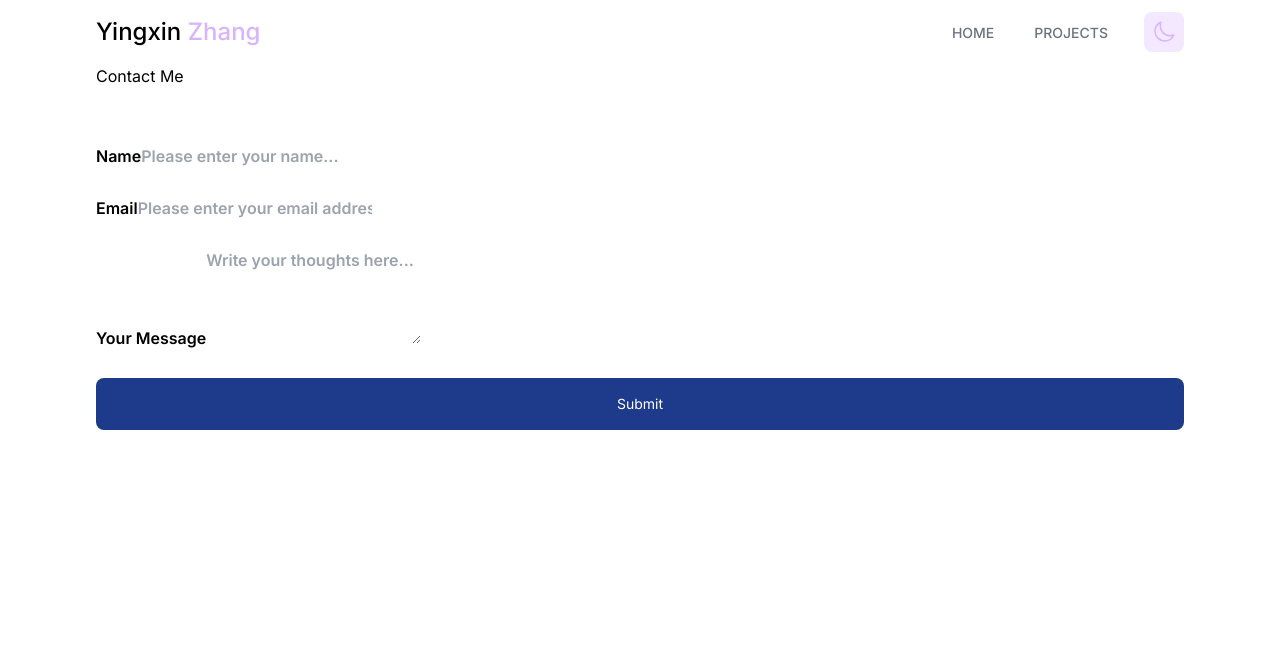
Repository: Tracy-maker/projects_collection
Page: /contact
These files come from the project's save history. The page is drawn as it stood at one moment and after the next save; the edit follows.
The browser window is 1280 px wide. The pictures show the whole page.
The project was rebuilt for these pictures with package versions that can differ from the ones it lists, and the page was loaded fresh each time. The framework's server and built-in components were replaced by stand-ins that run in the browser. Also part of the build but not shown: next.config.js, app/components/Alert.tsx.

Above is the page before, as saved 2024-07-17 06:57:25.

After the next save:
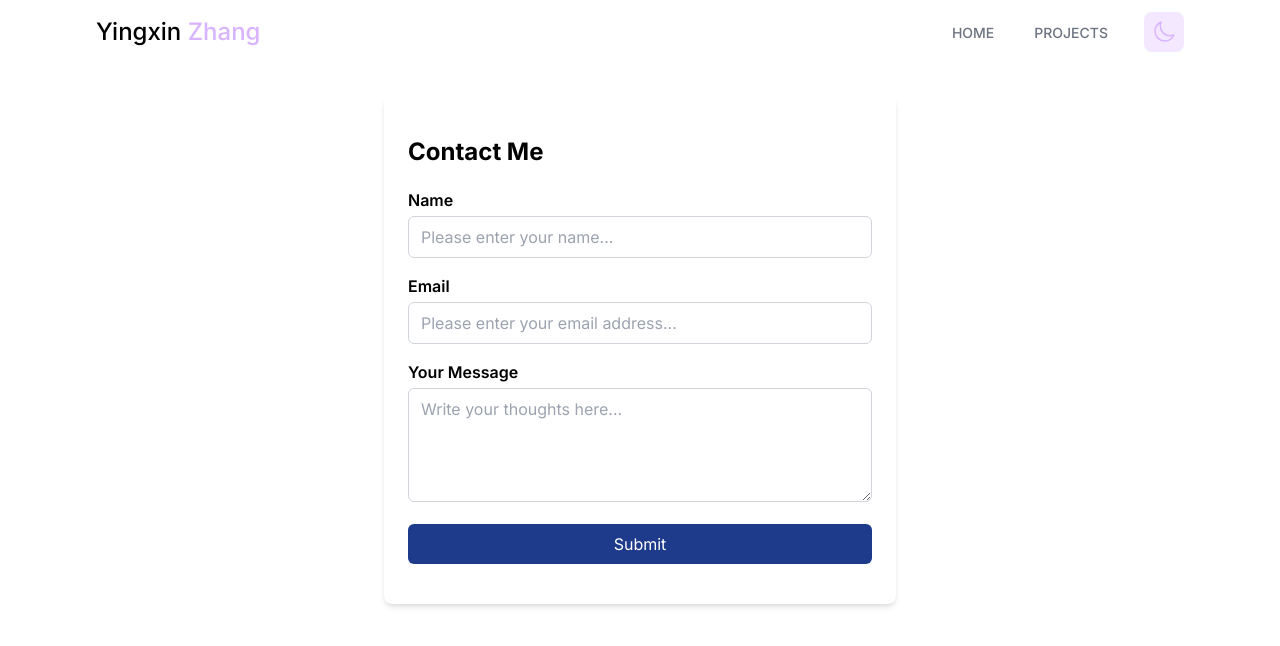
Saved 3 min 1 s later.
--- a/app/contact/page.tsx
+++ b/app/contact/page.tsx
@@ -41,13 +41,12 @@ const ContactMe: React.FC = () => {
         (response: EmailJSResponseStatus) => {
           setLoading(false);
           showAlert({
-            show: true,
             text: "Thank you for your message 😃",
             type: "success",
           });
 
           setTimeout(() => {
-            hideAlert(false);
+            hideAlert();
             setForm({ name: "", email: "", message: "" });
           }, 3000);
         },
@@ -55,7 +54,6 @@ const ContactMe: React.FC = () => {
           setLoading(false);
           console.error("EmailJS Error:", error);
           showAlert({
-            show: true,
             text: "I didn't receive your message 😢",
             type: "danger",
           });
@@ -63,63 +61,67 @@ const ContactMe: React.FC = () => {
       );
   };
 
-
   return (
-    <div className="relative flex lg:flex-row flex-col max-container">
+    <div className="container mx-auto p-8">
       {alert.show && <Alert {...alert as AlertProps} />}
 
-      <div className="flex-1 min-w-[50%] flex flex-col">
-        <h1 className="head-text">Contact Me</h1>
-        <form
-          ref={formRef}
-          onSubmit={handleSubmit}
-          className="w-full flex flex-col gap-7 mt-14"
-        >
-          <label className="text-black-500 font-semibold">
-            Name
-            <input
-              type="text"
-              name="name"
-              value={form.name}
-              className="input"
-              onChange={handleChange}
-              placeholder="Please enter your name..."
-              required
-            />
-          </label>
-          <label className="text-black-500 font-semibold">
-            Email
-            <input
-              type="email"
-              value={form.email}
-              name="email"
-              className="input"
-              onChange={handleChange}
-              placeholder="Please enter your email address..."
-              required
-            />
-          </label>
-          <label className="text-black-500 font-semibold">
-            Your Message
-            <textarea
-              name="message"
-              rows={4}
-              required
-              className="textarea"
-              value={form.message}
-              onChange={handleChange}
-              placeholder="Write your thoughts here..."
-            />
-          </label>
-
-          <button
-            type="submit"
-            className="rounded-lg text-sm w-full sm:w-auto px-5 py-4 text-center text-white bg-blue-900"
-            disabled={loading}
-          >
-            {loading ? "Sending..." : "Submit"}
-          </button>
-        </form>
+      <div className="max-w-md mx-auto bg-white shadow-md rounded-lg overflow-hidden md:max-w-lg">
+        <div className="md:flex">
+          <div className="w-full p-4 px-6 py-10">
+            <h1 className="text-2xl font-bold mb-5">Contact Me</h1>
+            <form
+              ref={formRef}
+              onSubmit={handleSubmit}
+              className="space-y-4"
+            >
+              <div>
+                <label className="block mb-1 font-semibold">Name</label>
+                <input
+                  type="text"
+                  name="name"
+                  value={form.name}
+                  className="w-full py-2 px-3 border border-gray-300 rounded-md focus:outline-none focus:border-blue-500"
+                  onChange={handleChange}
+                  placeholder="Please enter your name..."
+                  required
+                />
+              </div>
+              <div>
+                <label className="block mb-1 font-semibold">Email</label>
+                <input
+                  type="email"
+                  value={form.email}
+                  name="email"
+                  className="w-full py-2 px-3 border border-gray-300 rounded-md focus:outline-none focus:border-blue-500"
+                  onChange={handleChange}
+                  placeholder="Please enter your email address..."
+                  required
+                />
+              </div>
+              <div>
+                <label className="block mb-1 font-semibold">Your Message</label>
+                <textarea
+                  name="message"
+                  rows={4}
+                  required
+                  className="w-full py-2 px-3 border border-gray-300 rounded-md focus:outline-none focus:border-blue-500"
+                  value={form.message}
+                  onChange={handleChange}
+                  placeholder="Write your thoughts here..."
+                />
+              </div>
+              <div>
+                <button
+                  type="submit"
+                  className="w-full py-2 px-4 bg-blue-900 text-white rounded-md hover:bg-blue-800 transition duration-300"
+                  disabled={loading}
+                >
+                  {loading ? "Sending..." : "Submit"}
+                </button>
+              </div>
+            </form>
+          </div>
+        </div>
       </div>
     </div>
   );
